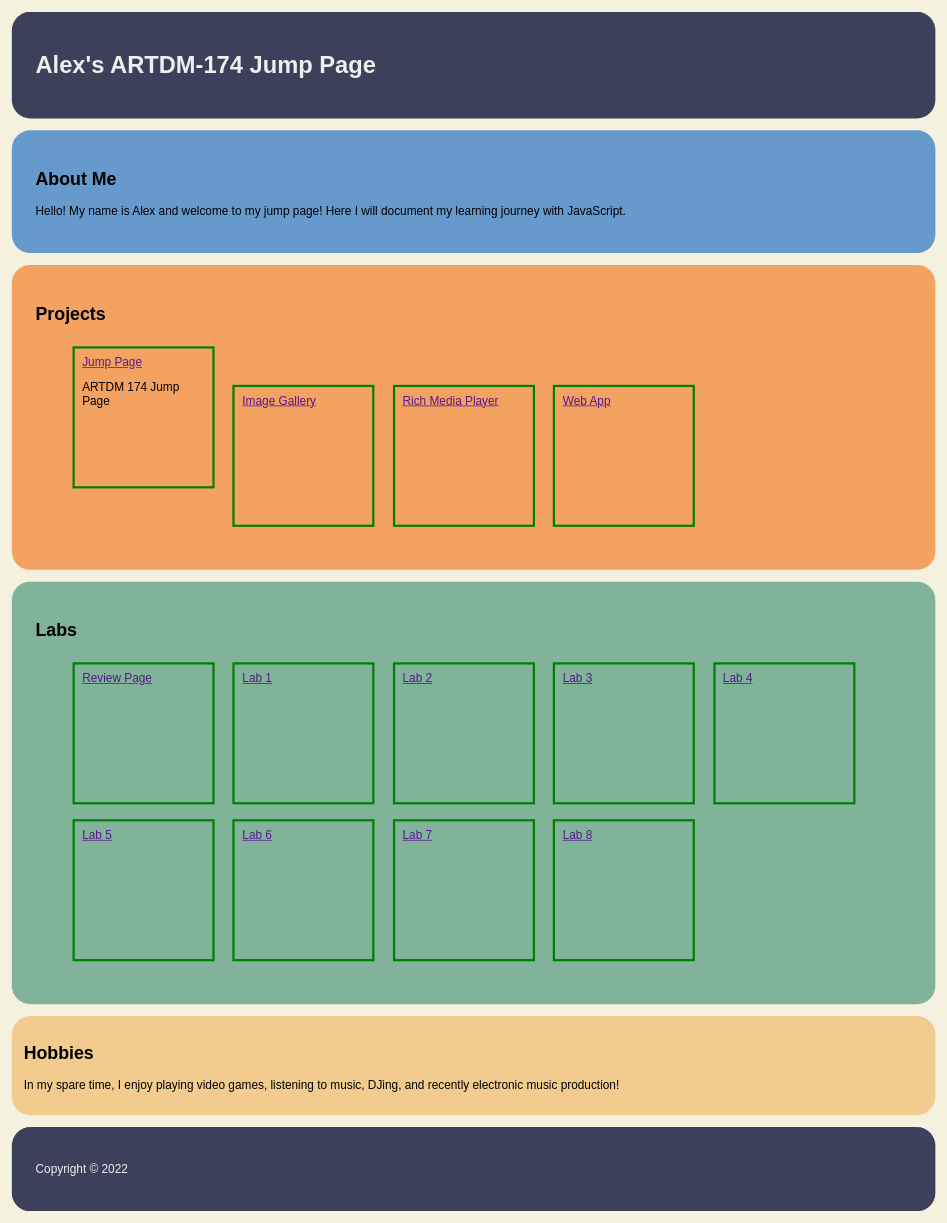
Repository: alexmaddux99/ARTDM-174
Page: CSS Animation/index.html
These files come from the project's save history. The page is drawn as it stood at one moment and after the next save; the edit follows.
The browser window is 1280 px wide. The pictures show the whole page, at 74% of full size.
Some web fonts or font styles are not loaded; a fallback is used.

Above is the page before, as saved 2022-02-10 13:25:31.

### CSS Animation/index.html
<!DOCTYPE html>
<html lang="en">
<head>
    <meta charset="UTF-8">
    <meta http-equiv="X-UA-Compatible" content="IE=edge">
    <meta name="viewport" content="width=device-width, initial-scale=1.0">
    <link rel="stylesheet" href="css/main.css">
    <link rel="preconnect" href="https://fonts.gstatic.com" crossorigin>
<link href="https://fonts.googleapis.com/css2?family=Roboto&display=swap" rel="stylesheet">
<link rel="preconnect" href="https://fonts.googleapis.com">
<link rel="preconnect" href="https://fonts.gstatic.com" crossorigin>
<link href="https://fonts.googleapis.com/css2?family=Zen+Old+Mincho:wght@900&display=swap" rel="stylesheet">
    <title>ARTDM-174 Jump Page</title>
</head>
<body>
    <header>
        <h1>Alex's ARTDM-174 Jump Page</h1>
    </header>

    <main>
        <section class="intro">
            <h2>About Me</h2>
            <p>Hello! My name is Alex and welcome to my jump page! Here I will document my learning journey with JavaScript.</p>
        </section>

        <section class="projects">
            <h2>Projects</h2>
            <ul>
                <li><a href="">Jump Page</a>
                <p>ARTDM 174 Jump Page</p></li>
                <li><a href="">Image Gallery</a></li>
                <li><a href="">Rich Media Player</a></li>
                <li><a href="">Web App</a></li>
            </ul>
        </section>

        <section class="labs">
            <h2>Labs</h2>
           <ul>
               <li><a href="">Review Page</a></li>
               <li><a href="">Lab 1</a></li>
               <li><a href="">Lab 2</a></li>
               <li><a href="">Lab 3</a></li>
               <li><a href="">Lab 4</a></li>
               <li><a href="">Lab 5</a></li>
               <li><a href="">Lab 6</a></li>
               <li><a href="">Lab 7</a></li>
               <li><a href="">Lab 8</a></li>
           </ul>
        </section>



    </main>
    <aside>
        <h2>Hobbies</h2>
        <p>In my spare time, I enjoy playing video games, listening to music, DJing, and recently electronic music production!</p>
    </aside>

    <footer>
        <p>
            Copyright &copy; 2022
        </p>
    </footer>

</body>
</html>

### CSS Animation/css/main.css
@keyframes fadeInAnimation {
	0% {
		opacity: 0;
	}
	100% {
		opacity: 1;

	}

}

@keyframes test{
	0%{

	}

	100%
	{

	padding: .5rem 1rem;
	transition: all 1s ease;
	}
}

* {
    box-sizing: border-box;
  }

  body {
    animation: fadeInAnimation ease 1s;
    animation-iteration-count: 1;
    animation-fill-mode: forwards;
    margin:0;
    padding: 0;
    background-color: #f4f1de;
    font-family: 'Raleway', sans-serif;
  }

  header, footer {
    background: #3d405b;
    color: #eee;
    padding: 2rem;
    margin: 1rem;
    border-radius: 25px;
  }



  .intro {

      background:#6699CC;
    padding: 2rem;
    margin: 1rem;
    border-radius: 25px;
  }

  aside {
    background-color: #f2cc8f;
    padding: 1rem;
    margin: 1rem;
    border-radius: 25px;
  }

  .projects {
    background-color: #f4a261;
    padding: 2rem;
    margin: 1rem;
    border-radius: 25px;
  }

  .labs {
    background-color: #81b29a;
    padding: 2rem;
    margin: 1rem;
    border-radius: 25px;
  }

  .projects li, .labs li {
    border: 3px solid green;
    margin: 10px;
    padding: 10px;
    width: 12rem;
    height:12rem;
    display: inline-block;
  }

   ol {
    list-style: none;
     padding: 0;
  }

  li{
    transition:  .5s ease-in;
  }

  li:hover{
    transition:  .5s ease-out;
	background-color: red;
	padding: .5rem 1rem;
  }

After the next save:
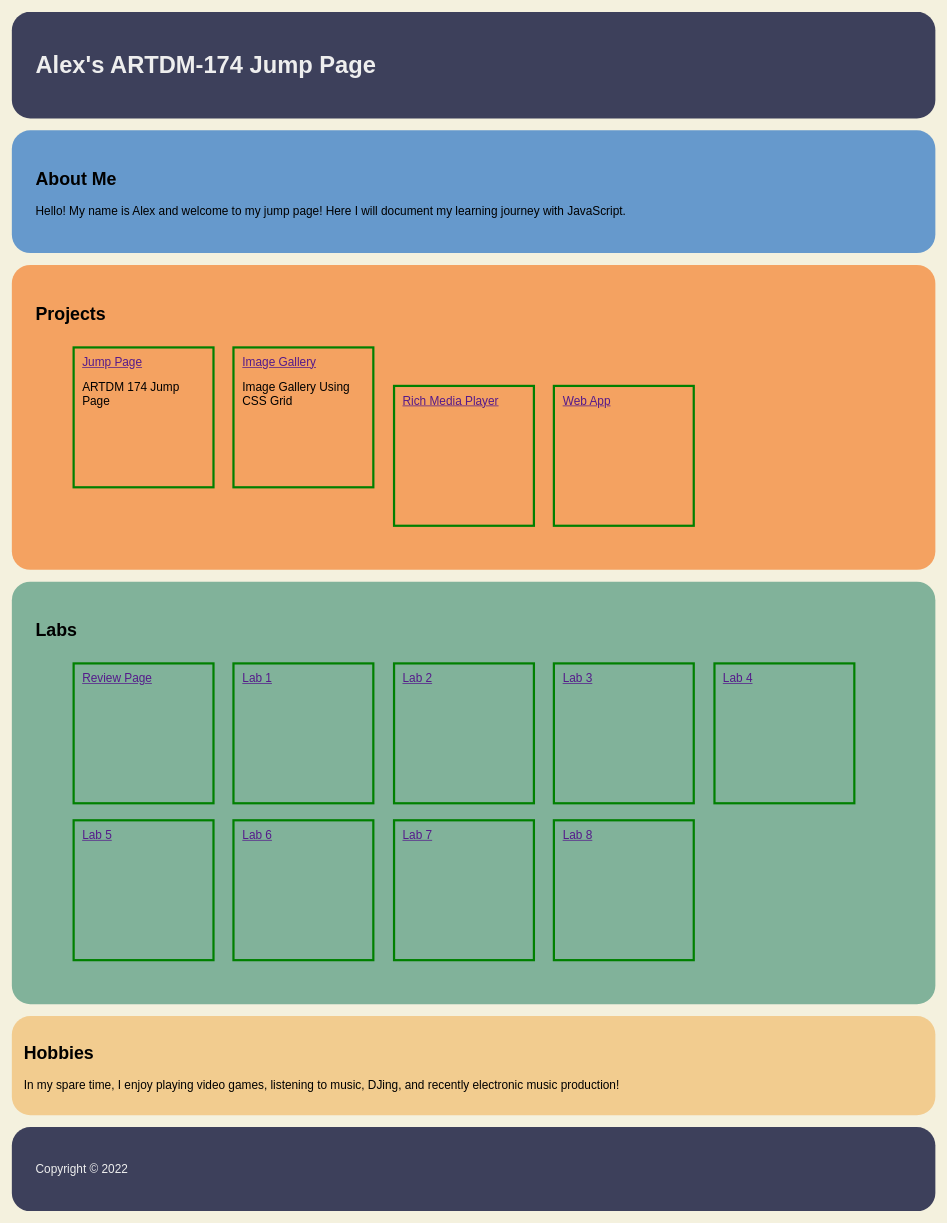
Saved 3 min 9 s later.
--- a/CSS Animation/index.html
+++ b/CSS Animation/index.html
@@ -28,7 +28,8 @@
             <ul>
                 <li><a href="">Jump Page</a>
                 <p>ARTDM 174 Jump Page</p></li>
-                <li><a href="">Image Gallery</a></li>
+                <li><a href="">Image Gallery</a>
+                <p>Image Gallery Using CSS Grid</p></li>
                 <li><a href="">Rich Media Player</a></li>
                 <li><a href="">Web App</a></li>
             </ul>
